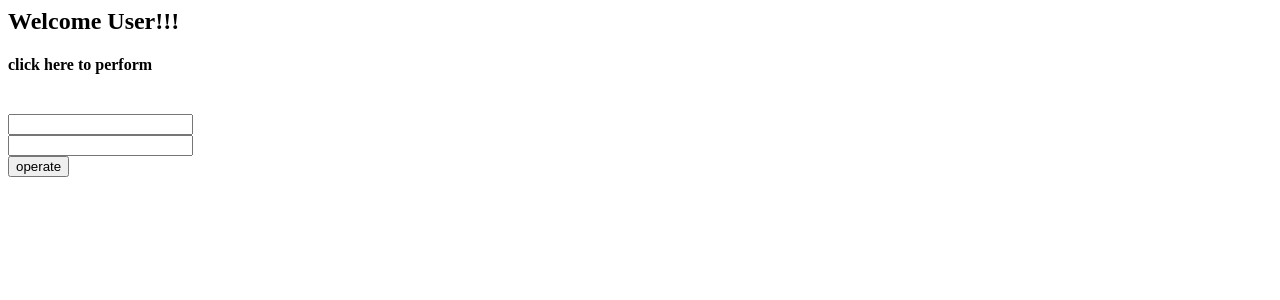
Repository: Rahul1488/servlets
Page: http://localhost/jspproject/
The author's editor kept a copy of each file at every save. The page is drawn from the files as they stood at one save, then again after the next save.
The browser window is 1280 px wide. The pictures show the whole page.
The page is served by Tomcat 9.

Above is the page before, as saved 2021-12-31 04:03:00.

### jspproject/src/main/webapp/index.jsp
<html>
<body>

 <h2>Welcome User!!!</h2>
<form action="./number.jsp"><h4>click here to perform</h4>
<br>
<input type="text" name="number1">
<br>
<input type="text" name="number2">
<br>
<input type="submit" value="operate">
</form>
</body>
</html>

After the next save:
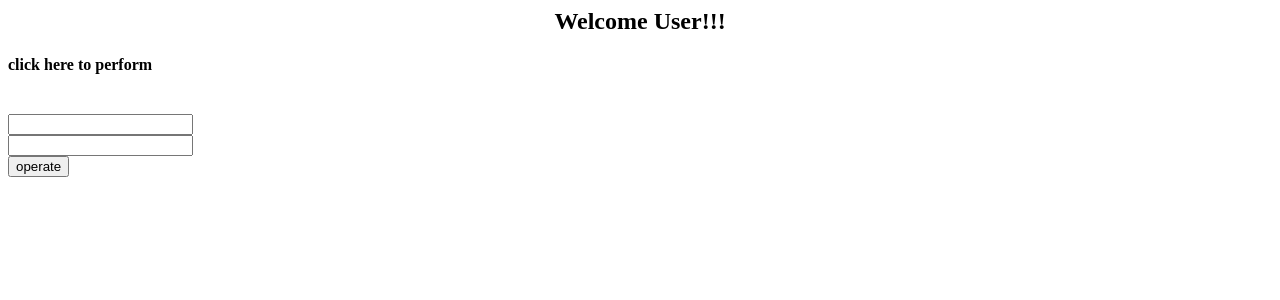
Saved 35 s later.
--- a/jspproject/src/main/webapp/index.jsp
+++ b/jspproject/src/main/webapp/index.jsp
@@ -1,7 +1,7 @@
 <html>
 <body>
 
- <h2>Welcome User!!!</h2>
+ <h2 align="center">Welcome User!!!</h2>
 <form action="./number.jsp"><h4>click here to perform</h4>
 <br>
 <input type="text" name="number1">
